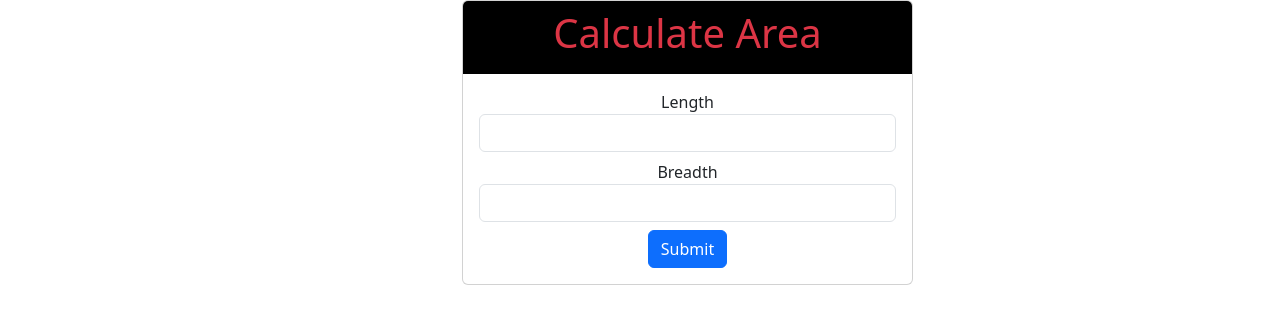
Repository: Laxman-Nath/Servlet_JSP
Page: http://localhost/Area/
These files come from the project's save history. The page is drawn as it stood at one moment and after the next save; the edit follows.
The browser window is 1280 px wide. The pictures show the whole page.
The page is served by Tomcat 9. Other server files are loaded and not shown.

Above is the page before, as saved 2024-09-02 11:07:48.

### Area/src/main/webapp/Area.jsp
<%@ page language="java" contentType="text/html; charset=UTF-8"
	pageEncoding="UTF-8"%>
<!DOCTYPE html>
<html>
<head>
<meta charset="UTF-8">
<title>Area</title>
<link
	href="https://cdn.jsdelivr.net/npm/bootstrap@5.3.3/dist/css/bootstrap.min.css"
	rel="stylesheet"
	integrity="sha384-QWTKZyjpPEjISv5WaRU9OFeRpok6YctnYmDr5pNlyT2bRjXh0JMhjY6hW+ALEwIH"
	crossorigin="anonymous">
</head>
<body>
<div class="container mt-120">
<div class="row">
<div class="col-md-5 offset-md-4">
    <div class="card">
    <div class="card-header bg-black"><h1 class="text-center text-danger ">Calculate Area</h1></div>
    <div class="card-body text-center">
	<form action="AreaServlet" method="post">
		<div class="mb-2">
		<label class="">Length</label><input class="form-control" type="number" name="length" required>
		</div>
		<div class="mb-2">
		<label class="">Breadth</label><input class="form-control" type="number" name="breadth" required>
		</div>
		<button type="submit" class="btn btn-primary">Submit</button>
	</form>
	</div>
</div>
</div>
</div>
</div>
</body>
<script
	src="https://cdn.jsdelivr.net/npm/bootstrap@5.3.3/dist/js/bootstrap.bundle.min.js"
	integrity="sha384-YvpcrYf0tY3lHB60NNkmXc5s9fDVZLESaAA55NDzOxhy9GkcIdslK1eN7N6jIeHz"
	crossorigin="anonymous"></script>
</html>

After the next save:
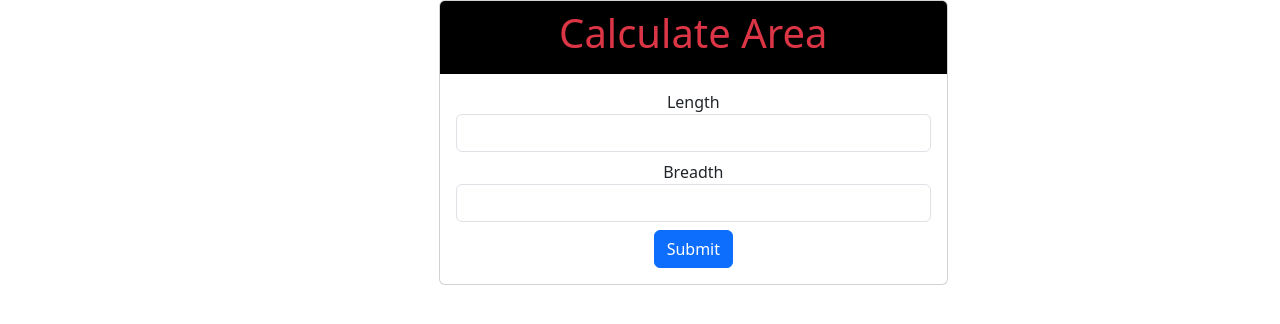
Saved 16 s later.
--- a/Area/src/main/webapp/Area.jsp
+++ b/Area/src/main/webapp/Area.jsp
@@ -12,7 +12,7 @@
 	crossorigin="anonymous">
 </head>
 <body>
-<div class="container mt-120">
+<div class="container-fluid">
 <div class="row">
 <div class="col-md-5 offset-md-4">
     <div class="card">
